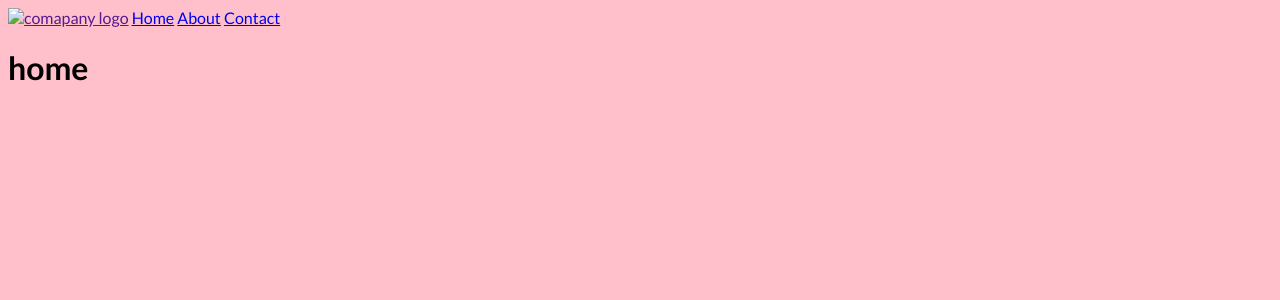
Repository: magiai/vanilla-js-spa
Page: index.html
An editor plug-in stored every save of this project. The page is shown before and after the next save, followed by the edit.
The browser window is 1280 px wide. The pictures show the whole page.

Above is the page before, as saved 2022-04-28 13:31:00.

### index.html
<!DOCTYPE html>
<html lang="pl" region="pl">

    <head>
        <link rel="preconnect" href="https://fonts.googleapis.com">
        <link rel="preconnect" href="https://fonts.gstatic.com" crossorigin>
        <link href="https://fonts.googleapis.com/css2?family=Lato:wght@300;400;700&display=swap" rel="stylesheet">

        <meta charset="utf-8">
        <meta http-equiv="X-UA-Compatible" content="IE=edge">
        <meta name=" theme-color" content="">
        <meta name="viewport" content="width=device-width, initial-scale=1">
        <meta name="robots" content="index, follow">
        <link rel="canonical" href="">

        <title></title>
        <meta name="description" content="">

        <!--	Open Graph Protocol -->
        <meta property="fb:page_id" content=""> <!-- facebok identificator - id -->
        <meta property="twitter:site" content="">

        <meta property="og:title" content="">
        <meta property="og:type" content="website">
        <meta property="og:url" content=""> <!-- canonical url -->
        <meta property="og:site_name" content="">
        <meta property="og:description" content="">
        <meta property="og:image" content="">
        <!--	/Open Graph Protocol -->

        <!--	[if older than IE 9]-->
        <!--	slows down a page loading-->
        <script src="https://cdnjs.cloudflare.com/ajax/libs/html5shiv/3.7.3/html5shiv.js"></script>
        <!--	[endif]-->

        <noscript><a href="https://www.facebook.com/pg/dobrymechanik/about/?ref=page_internal/">Info to display when
                javaScript is not loaded</a></noscript>

        <!--	styles-->
        <link rel="stylesheet" type="text/css" href="css/variables.css">
        <link rel="stylesheet" type="text/css" href="css/main.css">
        <!--	/styles-->

        <!-- Scripts -->
        <script defer src="js/router.js"></script>
        <script defer src="js/route.js"></script>
        <script defer src="js/app.js"></script>
        <!-- /Scripts -->
    </head>

    <body>
        <header class="header">
            <nav>
                <a class="logo__link" href=""><img class="logo__image" src="" alt="comapany logo"></a>
                <a href="#home">Home</a>
                <a href="#about">About</a>
                <a href="#contact">Contact</a>
            </nav>
        </header>

        <main id="app"></main>
    </body>

</html>

### css/variables.css
:root {
    --background-color: pink;
}

### css/main.css
* {
    box-sizing: border-box;
}

body {
    font-family: 'Lato', sans-serif;
    background-color: var(--background-color);
}

### js/router.js
'use strict';

function Router(routes) {
    try {
        if (!routes) {
            throw 'error: routes param is mandatory';
        }
        this.constructor(routes);
        this.init();
    } catch (e) {
        console.error(e);
    }
}

Router.prototype = {
    routes: undefined,
    rootElem: undefined,
    constructor: function (routes) {
        this.routes = routes;
        this.rootElem = document.getElementById('app');
    },
    init: function () {
        var r = this.routes;
        (function(scope, r) {
            window.addEventListener('hashchange', function (e) {
                scope.hasChanged(scope, r);
            });
        })(this, r);
        this.hasChanged(this, r);
    },
    hasChanged: function(scope, r){
        if (window.location.hash.length > 0) {
            for (var i = 0, length = r.length; i < length; i++) {
                var route = r[i];

                if(route.isActiveRoute(window.location.hash.substring(1))) {
                    scope.goToRoute(route.htmlName);
                }
            }
        } else {
            for (var i = 0, length = r.length; i < length; i++) {
                var route = r[i];
                if(route.default) {
                    scope.goToRoute(route.htmlName);
                }
            }
        }
    },
    goToRoute: function (htmlName) {
        (function(scope) {
            var url = 'views/' + htmlName,
                xhttp = new XMLHttpRequest();
            xhttp.onreadystatechange = function () {
                if (this.readyState === 4 && this.status === 200) {
                    scope.rootElem.innerHTML = this.responseText;
                }
            };
            xhttp.open('GET', url, true);
            xhttp.send();
        })(this);
    }
};

### js/route.js
'use stict';

function Route(name, htmlName, defaultRoute) {
    try {
        if(!name || !htmlName) {
            throw 'error: name and htmlName params are mandatories';
        }
        this.constructor(name, htmlName, defaultRoute);
    } catch (e) {
        console.error(e);
    }
}

Route.prototype = {
    name: undefined,
    htmlName: undefined,
    default: undefined,
    constructor: function (name, htmlName, defaultRoute) {
        this.name = name;
        this.htmlName = htmlName;
        this.default = defaultRoute;
    },
    isActiveRoute: function (hashedPath) {
        return hashedPath.replace('#', '') === this.name;
    }
};

### js/app.js
'use strict';

(function () {
    function init() {
        const router = new Router([
            new Route('home', 'home.html', true),
            new Route('about', 'about.html'),
            new Route('contact', 'contact.html'),
        ]);
    }
    init();
}());

Loaded but not shown: views/home.html (common file)

After the next save:
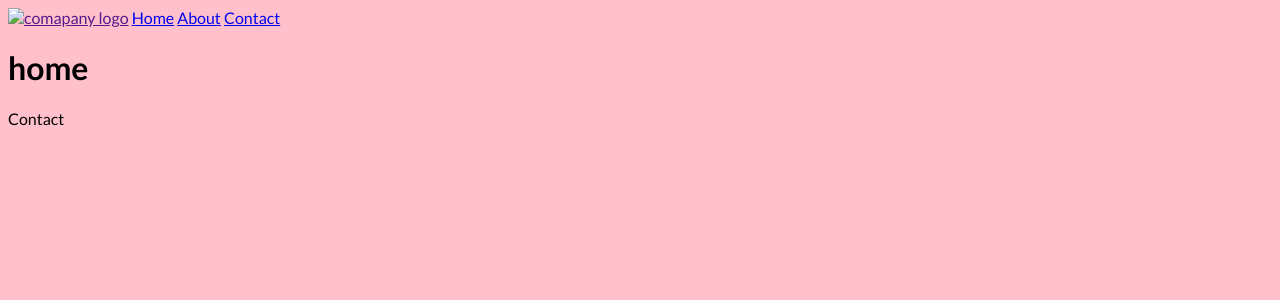
Saved 84 min 40 s later.
--- a/index.html
+++ b/index.html
@@ -59,6 +59,10 @@
         </header>
 
         <main id="app"></main>
+
+        <footer>
+            <a>Contact</a>
+        </footer>
     </body>
 
 </html>
